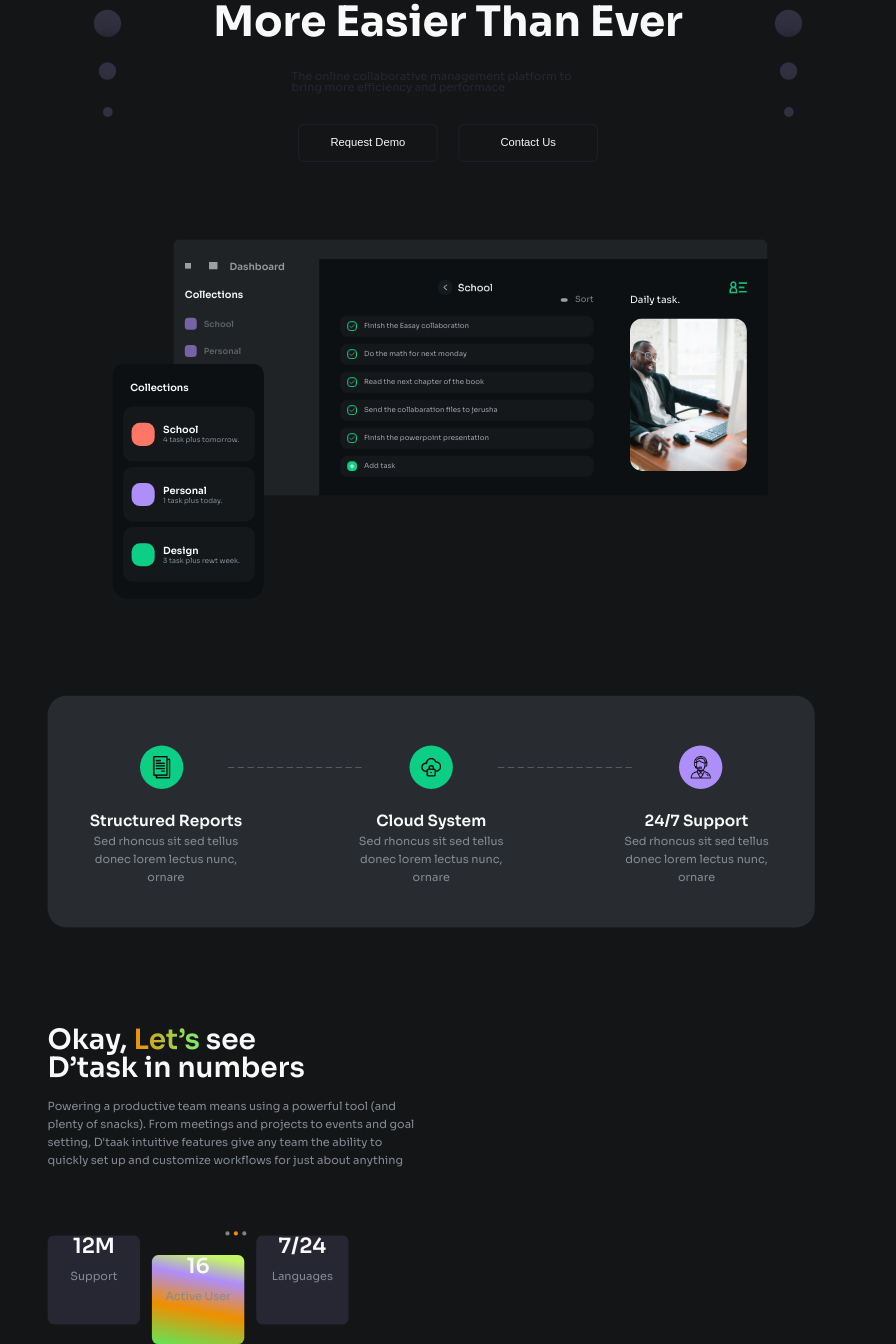
Repository: anhthiethumg/Task_Managerment_Website
Page: index.html
These files come from the project's save history. The page is drawn as it stood at one moment and after a run of saves; the edit follows.
The browser window is 1280 px wide. The pictures show the part of the page from y = 320 to 2240 px (the page is 2240 px tall), at 70% of full size.
Pictures or frames that could not be fetched are drawn as grey boxes. A picture or video elsewhere on the page could not be fetched, so the positions and the page height are approximate.

Above is the page before, as saved 2023-07-29 00:46:25.

### index.html
<!DOCTYPE html>
<html lang="en">
  <head>
    <meta charset="UTF-8" />
    <meta name="viewport" content="width=device-width, initial-scale=1.0" />
    <title>Task Managerment Website</title>
    <!-- Reset Css -->
    <link rel="stylesheet" href="./assets/css/reset.css" />

    <!-- CSS -->
    <link rel="stylesheet" href="./assets/css/styles.css" />

    <!-- Embed Font-->

    <link rel="preconnect" href="https://fonts.googleapis.com" />
    <link rel="preconnect" href="https://fonts.gstatic.com" crossorigin />
    <link
      href="https://fonts.googleapis.com/css2?family=Sora:wght@400;600;700;800&display=swap"
      rel="stylesheet"
    />
  </head>
  <body>
    <!-- Header -->
    <section class="header">
      <div class="container">
        <navbar class="row nav">
          <img src="./assets/image/logo.svg" alt="Task." />
          <div class="nav-list">
            <a class="nav-item" href="#!">Home</a>
            <a class="nav-item" href="#!">Products</a>
            <a class="nav-item" href="#!">Guidlines</a>
            <a class="nav-item" href="#!">Guidlines</a>
          </div>
          <button class="btn nav-btn">Sign In</button>
        </navbar>
        <section class="hero">
          <div class="row hero__content">
            <div class="stacked-circles">
              <div class="circles"></div>
              <div class="circles"></div>
              <div class="circles"></div>
              <div class="circles"></div>
            </div>
            <div class="hero--content__heading">
              <h1 class="hero__heading">
                Make <span class="heading__liner">Management</span> Way More
                Easier Than Ever
              </h1>
              <p class="hero__desc section-desc">
                The online collaborative management platform to bring more
                efficiency and performace
              </p>
              <div class="hero-btn row">
                <button type="button" class="btn hero__btn">
                  Request Demo
                </button>
                <button type="button" class="btn hero__btn">Contact Us</button>
              </div>
            </div>
            <div class="stacked-circles">
              <div class="circles"></div>
              <div class="circles"></div>
              <div class="circles"></div>
              <div class="circles"></div>
            </div>
          </div>
          <section class="task-manager row">
            <sidebar class="sidebar">
              <div class="row sidebar__header">
                <img
                  src="./assets/icons/icon-sidebar.svg"
                  alt="icon-sidebar"
                  class="icon__sidebar"
                />
                <img
                  src="./assets/icons/dashboard-icon.svg"
                  alt="dashboard-icon"
                  class="dashboard-icon"
                />
                <h4 class="sidebar__heading">Dashboard</h4>
              </div>
              <div class="sidebar__list">
                <h4 class="sidebar__list--heading">Collections</h4>
                <div class="sidebar__list--item">
                  <h5 class="sidebar__item--content">School</h5>
                </div>
                <div class="sidebar__list--item">
                  <h5 class="sidebar__item--content">Personal</h5>
                </div>
              </div>
            </sidebar>
            <section class="task-manager__section">
              <div class="task__header row">
                <img src="./assets/icons/school.png" alt="Back" class="back" />
                <img
                  src="./assets/icons/contact us icon.png"
                  alt="Contact"
                  class="contact-us"
                />
              </div>
              <div class="task__content row">
                <div class="list--work">
                  <div class="list-sort">Sort</div>
                  <div class="work--item">Finish the Easay collaboration</div>
                  <div class="work--item">Do the math for next monday</div>
                  <div class="work--item">
                    Read the next chapter of the book
                  </div>
                  <div class="work--item">
                    Send the collabaration files to jerusha
                  </div>
                  <div class="work--item">
                    Finish the powerpoint presentation
                  </div>
                  <div class="work--item">Add task</div>
                </div>
                <div class="daily-task">
                  <div class="dailytask__heading">Daily task.</div>
                  <img
                    class="dailytask__img"
                    src="./assets/image/Rectangle 50.png"
                    alt="Daily task"
                  />
                </div>
              </div>
              <div class="card">
                <div class="card__heading">Collections</div>
                <div class="card__list">
                  <div class="card__item">
                    <div class="card__item--icon"></div>
                    <div class="card__item--content">
                      <h4 class="card__item--title">School</h4>
                      <p class="card__item--desc">4 task plus tomorrow.</p>
                    </div>
                  </div>
                  <div class="card__item">
                    <div class="card__item--icon"></div>
                    <div class="card__item--content">
                      <h4 class="card__item--title">Personal</h4>
                      <p class="card__item--desc">1 task plus today.</p>
                    </div>
                  </div>
                  <div class="card__item">
                    <div class="card__item--icon"></div>
                    <div class="card__item--content">
                      <h4 class="card__item--title">Design</h4>
                      <p class="card__item--desc">3 task plus rewt week.</p>
                    </div>
                  </div>
                </div>
              </div>
            </section>
          </section>
        </section>
      </div>
    </section>

    <!-- Main -->
    <main class="main">
      <div class="container">
        <!-- Services -->
        <section class="services">
          <div class="services__icon--list">
            <div class="services__icon--bg">
              <img
                src="./assets/icons/report.png"
                alt="Report"
                class="services__icon"
              />
            </div>
            <img src="./assets/icons/dash line-1.svg" alt="dash-line" />
            <div class="services__icon--bg">
              <img
                src="./assets/icons/server.png"
                alt="Server"
                class="services__icon"
              />
            </div>

            <img src="./assets/icons/dash line-1.svg" alt="dash-line" />
            <div class="services__icon--bg">
              <img
                src="./assets/icons/support.png"
                alt="Support"
                class="services__icon"
              />
            </div>
          </div>
          <div class="services__list row">
            <div class="services__items">
              <h3 class="services__heading">Structured Reports</h3>
              <p class="services__desc">
                Sed rhoncus sit sed tellus donec lorem lectus nunc, ornare
              </p>
            </div>
            <div class="services__items">
              <h3 class="services__heading">Cloud System</h3>
              <p class="services__desc">
                Sed rhoncus sit sed tellus donec lorem lectus nunc, ornare
              </p>
            </div>
            <div class="services__items">
              <h3 class="services__heading">24/7 Support</h3>
              <p class="services__desc">
                Sed rhoncus sit sed tellus donec lorem lectus nunc, ornare
              </p>
            </div>
          </div>
        </section>

        <!-- Static -->

        <section class="static row">
          <section class="static__content">
            <h2 class="static__heading section__heading">
              Okay, <span class="heading__liner">Let’s</span> see D’task in numbers
            </h2>
            <p class="static__desc section__desc">
              Powering a productive team means using a powerful tool (and plenty of snacks). From meetings and projects to events and goal setting, D'taak intuitive features give any team the ability to quickly set up and customize workflows for just about anything
            </p>
            <div class="static__dot row">
              <div class="dot"></div>
              <div class="dot"></div>
              <div class="dot"></div>
            </div>
            <div class="static__list row">
              <div class="static__item">
                <div class="static--item__number">
                  12M
                </div>
                <div class="static--item__title">
                  Support
                </div>
              </div>
              <div class="static__item">
                <div class="static--item__number">
                  16
                </div>
                <div class="static--item__title">
                  Active User
                </div>
              </div>
              <div class="static__item">
                <div class="static--item__number">
                  7/24
                </div>
                <div class="static--item__title">
                  Languages
                </div>
              </div>
            </div>
          </section>
        </section>
      </div>
    </main>
  </body>
</html>

### assets/css/styles.css
* {
  box-sizing: border-box;
}

html {
  font-size: 62.5%;
}

:root {
  color: var(--text-color-gray-2, #282c30);
  color: var(--text-color-white, #f9f9f9);
  color: var(
    --primary-color-leniar-color,
    linear-gradient(90deg, #eb9204 1.67%, #83e868 89.99%)
  );
  color: var(--primary-color-background, #131517);
  color: var(--text-color-dark-blue, #272633);
}
body {
  font-size: 1.6rem;
  font-family: "Sora", sans-serif;
  background: var(--primary-color-background, #131517);
}

/* Common */

a {
  text-decoration: none;
}

.container {
  width: 1144px;
  margin: 0 auto;
}

.row {
  display: flex;
}

.btn {
  width: 110px;
  height: 40px;
  border-radius: 8px;
  border: 1px solid var(--text-color-dark-blue, #272633);
  background: #131517;
  text-align: center;
}

.section__desc {
  color: var(--text-color-gray-1, #858b93);
  text-align: center;
  font-size: 1.6rem;
  font-weight: 400;
  line-height: 1.625;
}

.section__heading {
  color: var(--text-color-white, #f9f9f9);
  font-size: 4rem;
  font-weight: 600;
}
/* Header */

.header {
  margin-top: 40px;
  margin-bottom: 140px;
  padding-top: 10px;
}

/* Navbar */

.nav {
  justify-content: space-between;
  align-items: center;
  height: 40px;
  margin-bottom: 157px;
}

.nav-item {
  margin-right: 36px;
  color: var(--text-color-gray-1, #858b93);
  font-size: 1.6rem;
  font-weight: 400;
  line-height: 1.5;
}

.nav-item:hover {
  color: var(--text-color-white, #f9f9f9);
  text-decoration: underline;
}

.nav-btn {
  background: var(
    --primary-color-leniar-color,
    linear-gradient(90deg, #eb9204 1.67%, #83e868 89.99%)
  );
  background-clip: text;
  -webkit-background-clip: text;
  -webkit-text-fill-color: transparent;
  font-size: 1.6rem;
  font-weight: 400;
  line-height: 1.5;
}

/* hero-content */
.hero__content {
  padding: 0 25px;
  justify-content: space-between;
}
.hero__heading {
  margin: 0 auto 34px;
  width: 783px;
  color: var(--text-color-white, #f9f9f9);
  text-align: center;
  font-size: 6rem;
  font-weight: 700;
  line-height: 1.17;
}

.heading__liner {
  background: var(
    --primary-color-leniar-color,
    linear-gradient(90deg, #eb9204 1.67%, #83e868 89.99%)
  );
  background-clip: text;
  -webkit-background-clip: text;
  -webkit-text-fill-color: transparent;
}

.hero__desc {
  width: 447px;
  margin: 0 auto 44px;
}

.hero-btn {
  justify-content: center;
  gap: 30px;
}

.hero__btn {
  margin-bottom: 111px;
  width: 199px;
  height: 54px;
  color: var(--text-color-white, #f9f9f9);
  font-size: 1.6rem;
  font-weight: 400;
  line-height: 1.625;
}

.hero__btn:hover {
  background: var(
    --primary-color-leniar-color,
    linear-gradient(90deg, #eb9204 1.67%, #83e868 89.99%)
  );
}

/* hero circle */

.stacked-circles {
  display: flex;
  flex-direction: column;
  align-items: center;
  margin-top: -75px;
}

.circles {
  fill: linear-gradient(180deg, #111118 4.96%, rgba(43, 43, 61, 0) 100%);
  box-shadow: 0px 39px 31px 0px #313141 inset;
  border-radius: 50%;
}
.circles:first-child {
  width: 121px;
  height: 121px;
  margin-bottom: 41px;
}

.circles:nth-child(2) {
  width: 39px;
  height: 39px;
  margin-bottom: 36px;
}

.circles:nth-child(3) {
  width: 25px;
  height: 25px;
  margin-bottom: 39px;
}

.circles:last-child {
  width: 14px;
  height: 14px;
  flex-shrink: 0;
}

/* task manager */

.task-manager {
  width: 848px;
  height: 366px;
  border-radius: 8px 8px 0px 0px;
  background: #1f2326;
  margin-left: 180px;
}

.sidebar {
  padding: 18px 0 0 16px;
}

.sidebar__header {
  width: 192px;
  height: 39px;
  align-items: center;
}

.icon__sidebar {
  width: 9px;
  height: 9px;
  margin-right: 25px;
}

.dashboard-icon {
  width: 13px;
  height: 11px;
  margin-right: 17px;
}

.sidebar__heading {
  color: #98989c;
  font-size: 1.4rem;
  font-weight: 600;
}

.sidebar__list--heading {
  margin: 15px 0 15px;
  color: var(--text-color-white, #f9f9f9);
  font-size: 1.4rem;
  font-weight: 600;
}

.sidebar__list--item {
  width: 192px;
  height: 39px;
  display: flex;
  align-items: center;
}

.sidebar__list--item:hover {
  background: #2b2d2f;
}
.sidebar__item--content {
  color: var(--text-color-gray-1, #858b93);
  font-size: 1.2rem;
  font-weight: 600;
  opacity: 0.6000000238418579;
  display: flex;
  align-items: center;
}

.sidebar__item--content::before {
  display: inline-block;
  content: " ";
  width: 17px;
  height: 17px;
  border-radius: 5px;
  background: #ae8ff9;
  margin-right: 10px;
}

.task-manager__section {
  position: relative;
  margin-top: 28px;
  margin-right: 15px;
  background: #0d1012;
  width: 100%;
  padding: 30px;
}

.task__header {
  margin-left: 140px;
  justify-content: space-between;
}

.list--work {
  width: 362px;
  margin-right: 52px;
}

.list-sort {
  color: #838386;
  font-size: 1.2rem;
  font-weight: 400;
  text-align: right;
  height: 30px;
}

.list-sort::before {
  display: inline-block;
  content: " ";
  width: 10px;
  height: 5px;
  border-radius: 5px;
  margin-right: 10px;
  background-image: url(../icons/sort.svg);
  margin-left: 10px;
}
.work--item {
  display: flex;
  align-items: center;
  margin-bottom: 10px;
  width: 100%;
  height: 30px;
  border-radius: 10px;
  background: #14181b;
  color: #9ea1a7;
  font-size: 1rem;
  font-weight: 300;
}

.work--item:before {
  display: inline-block;
  content: " ";
  width: 14px;
  height: 14px;
  border-radius: 5px;
  margin-right: 10px;
  background-image: url(../icons/check.svg);
  margin-left: 10px;
}

.work--item:last-child:before {
  background-image: url(../icons/add.svg);
}

.dailytask__heading {
  color: var(--text-color-white, #f9f9f9);
  font-size: 1.4rem;
  font-weight: 400;
  margin-bottom: 20px;
}

.dailytask__img {
  width: 167px;
  height: 218px;
  flex-shrink: 0;
  border-radius: 17px;
  background: rgba(13, 16, 18, 0.24);
}

.card {
  position: absolute;
  width: 216px;
  height: 335px;
  border-radius: 15px 15px 22px 22px;
  background: #0d1012;
  padding: 26px 15px;
  left: -295px;
  top: 150px;
}

.card__heading {
  color: #f9f9f9;
  font-size: 1.4rem;
  font-weight: 600;
  margin-left: 10px;
  margin-bottom: 21px;
}

.card__item {
  display: flex;
  align-items: center;
  width: 188px;
  height: 78px;
  border-radius: 13px;
  background: #14181b;
  margin-bottom: 8px;
}
.card__item--icon {
  width: 33px;
  height: 33px;
  border-radius: 12px;
  margin: 12px;
}

.card__item:first-child .card__item--icon {
  background: var(--primary-color-dark-orange, #ff7667);
}

.card__item:nth-child(2) .card__item--icon {
  background: var(--primary-color-blue, #ae8ff9);
}

.card__item:last-child .card__item--icon {
  background: var(--primary-color-green, #0cce84);
}

.card__item--title {
  color: #fff;
  font-size: 1.4rem;
  font-weight: 600;
  margin-bottom: 3px;
}

.card__item--desc {
  color: var(--text-color-gray-1, #858b93);
  font-size: 1rem;
  font-weight: 400;
}

/* services */

.services {
  padding: 41px 50px 53px 50px;
  margin-top: 286px;
  margin-bottom: 140px;
  width: 1096px;
  height: 331px;
  border-radius: 27px;
  background: var(--text-color-gray-2, #282c30);
}

.services__icon--list {
  display: flex;
  align-items: center;
  justify-content: space-around;
  margin: 30px 50px;
}

.services__icon--bg {
  background: var(--primary-color-green, #0cce84);
  width: 62px;
  height: 62px;
  border-radius: 50%;
  display: flex;
  align-items: center;
  justify-content: center;
}

.services__icon--bg:nth-child(2) {
  background: var(--primary-color-dark-yellow, #ef8f00);
}

.services__icon--bg:last-child {
  background: var(--primary-color-blue, #ae8ff9);
}
.services__icon {
  width: 32px;
  height: 32px;
}

.services__list {
  justify-content: space-between;
}

.services__items {
  width: 238px;
  text-align: center;
}

.services__heading {
  color: var(--text-color-white, #f9f9f9);
  font-size: 2.2rem;
  font-weight: 600;
  line-height: 1.45;
}

.services__desc {
  color: #858b93;
  font-size: 1.6rem;
  font-weight: 400;
  line-height: 1.625;
}

/* Static */
.static__content {
  width: 537px;
}
.static__heading {
  width: 368px;
  margin-bottom: 22px;
}

.static__desc {
  width: 537px;
  height: 106px;
  text-align: left;
  margin-bottom: 86px;
}

.static__dot {
  gap: 6px;
  justify-content: center;
  margin-bottom: 28px;
}
.dot {
  width: 6px;
  height: 6px;
  border-radius: 50%;
  background: #838386;
}

.dot:nth-child(2) {
  background: #ef8f00;
}

.static__list {
  gap: 17px;
}
.static__item {
  text-align: center;
  width: 132px;
  height: 127px;
  border-radius: 9px;
  background: var(--text-color-dark-blue, #272633);
}

.static__item:nth-child(odd) {
  margin-top: -28px;
}

.static__item:nth-child(2) {
  background: linear-gradient(
    191deg,
    #c4f566 7.35%,
    #ae8ef9 28.41%,
    #ef8f00 60.81%,
    #61e559 100%
  );
}

.static--item__number {
  color: var(--text-color-white, #f9f9f9);
  font-size: 3rem;
  font-weight: 600;
  margin-bottom: 16px;
}

.static--item__title {
  color: var(--text-color-gray-1, #858b93);
  font-size: 1.6rem;
  font-weight: 400;
  line-height: 1.625;
}

Loaded but not shown: assets/css/reset.css (common file)

After the next 3 saves:
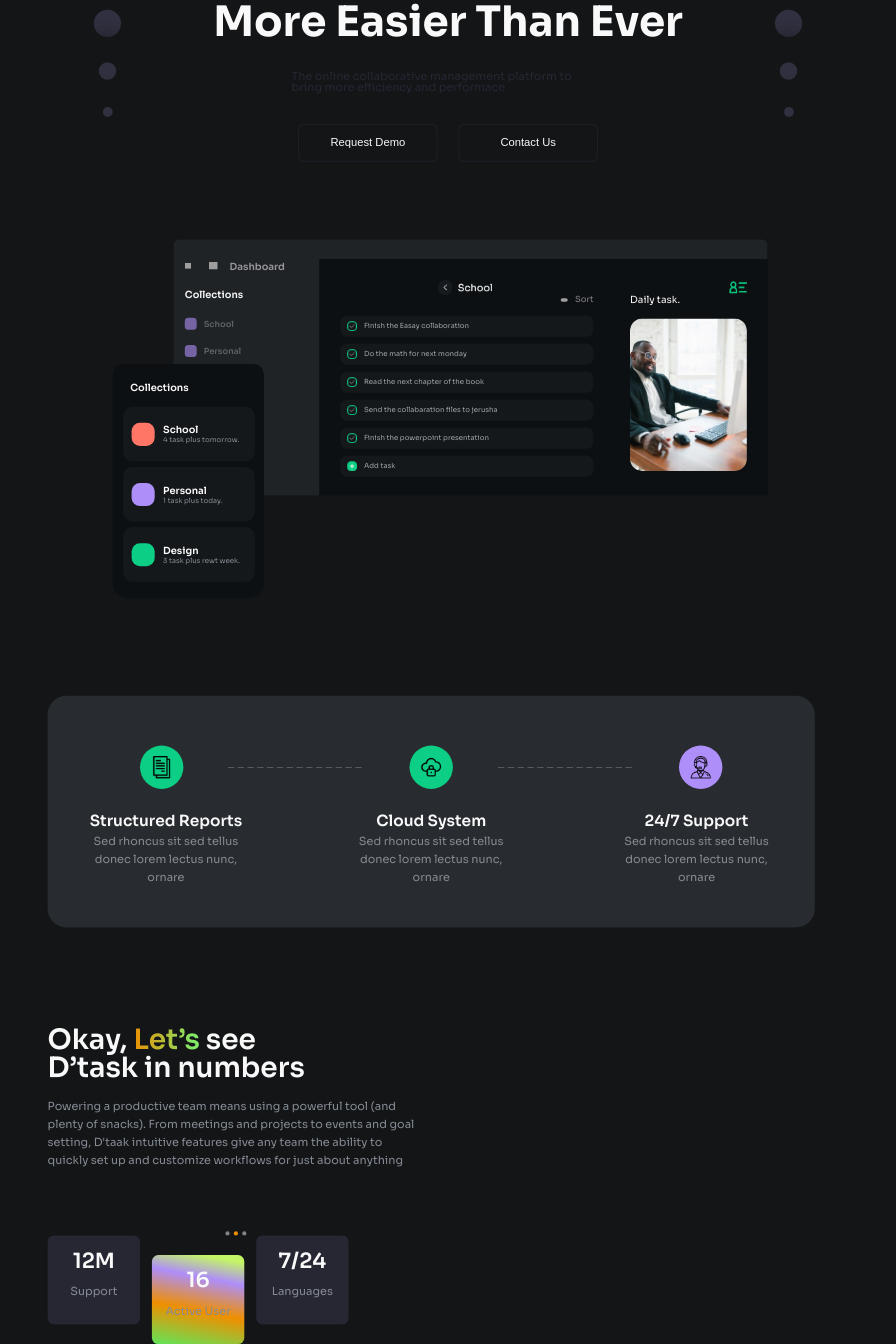
The 3 saves are shown as one change because they came seconds apart.
The last was saved 23 s later.
--- a/assets/css/styles.css
+++ b/assets/css/styles.css
@@ -507,6 +507,7 @@ a {
 }
 .static__item {
   text-align: center;
+  padding-top: 21px;
   width: 132px;
   height: 127px;
   border-radius: 9px;
